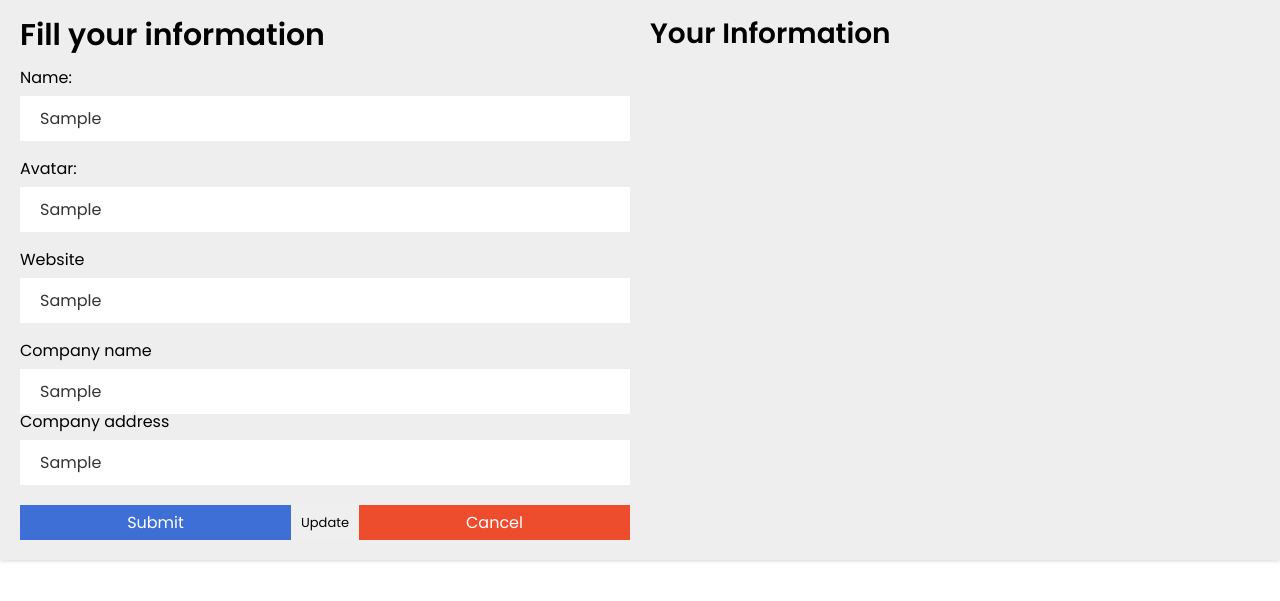
Repository: nttthao9/management
Page: index.html
An editor plug-in stored every save of this project. The page is shown before and after the next save, followed by the edit.
The browser window is 1280 px wide. The pictures show the whole page.
Empty fields were first filled with sample values (such as "Sample", 5 or name@example.com).
After loading, the first visible `button.btn` was clicked once.
The page's requests for data from a server got no answer. Some web libraries are served in a nearby version.

Above is the page before, as saved 2021-10-14 15:29:30.

After the next save:
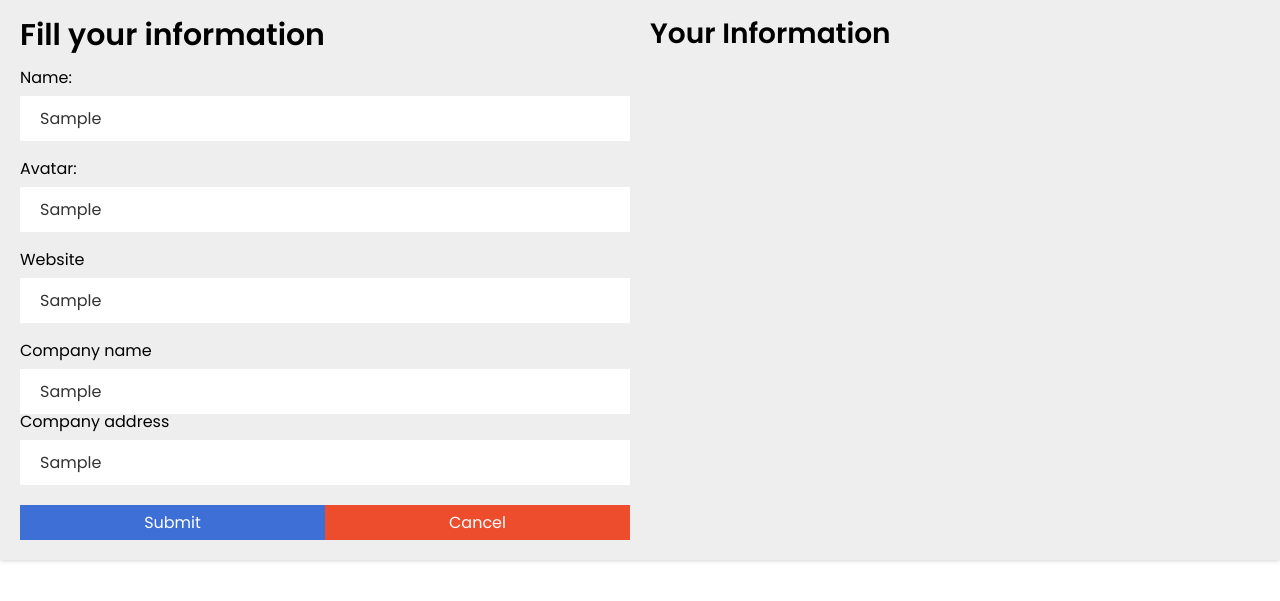
Saved 111 s later.
--- a/main.js
+++ b/main.js
@@ -6,6 +6,7 @@ const inputLinkWeb = document.querySelector('#link-web');
 const inputcompanyName = document.querySelector('#company-name');
 const inputcompanyAddress = document.querySelector('#company-address');
 const btnSubmit = document.querySelector('.btn-submit');
+const updateBtn = document.querySelector('.update');
 const btnCancel = document.querySelector('.btn-cancel');
 
 let createData = {};
@@ -28,6 +29,7 @@ inputcompanyAddress.addEventListener('change', () => {
   createData.company = company;
 });
 btnSubmit.addEventListener('click', (e) => {
+  updateBtn.style.display = 'none';
   e.preventDefault();
   postData(createData).then(() => getData());
 });
@@ -95,9 +97,7 @@ function handleDelete(e) {
 }
 
 function handleUpDate(e) {
-  btnSubmit.classList.remove('.btn-submit');
-  btnSubmit.classList.add('.update');
-  btnSubmit.textContent = 'Update';
+  updateBtn.style.display = 'block';
   const id = e.target.dataset.update;
   const itemParent = e.target.parentNode.parentNode;
   inputName.value = itemParent.querySelector('.name').textContent;
@@ -107,7 +107,7 @@ function handleUpDate(e) {
     itemParent.querySelector('.company-name').textContent;
   inputcompanyAddress.value =
     itemParent.querySelector('.company-address').textContent;
-  btnSubmit.addEventListener('click', () => {
+  updateBtn.addEventListener('click', () => {
     fetch(`${api}/${id}`, {
       method: 'PUT',
       headers: {
